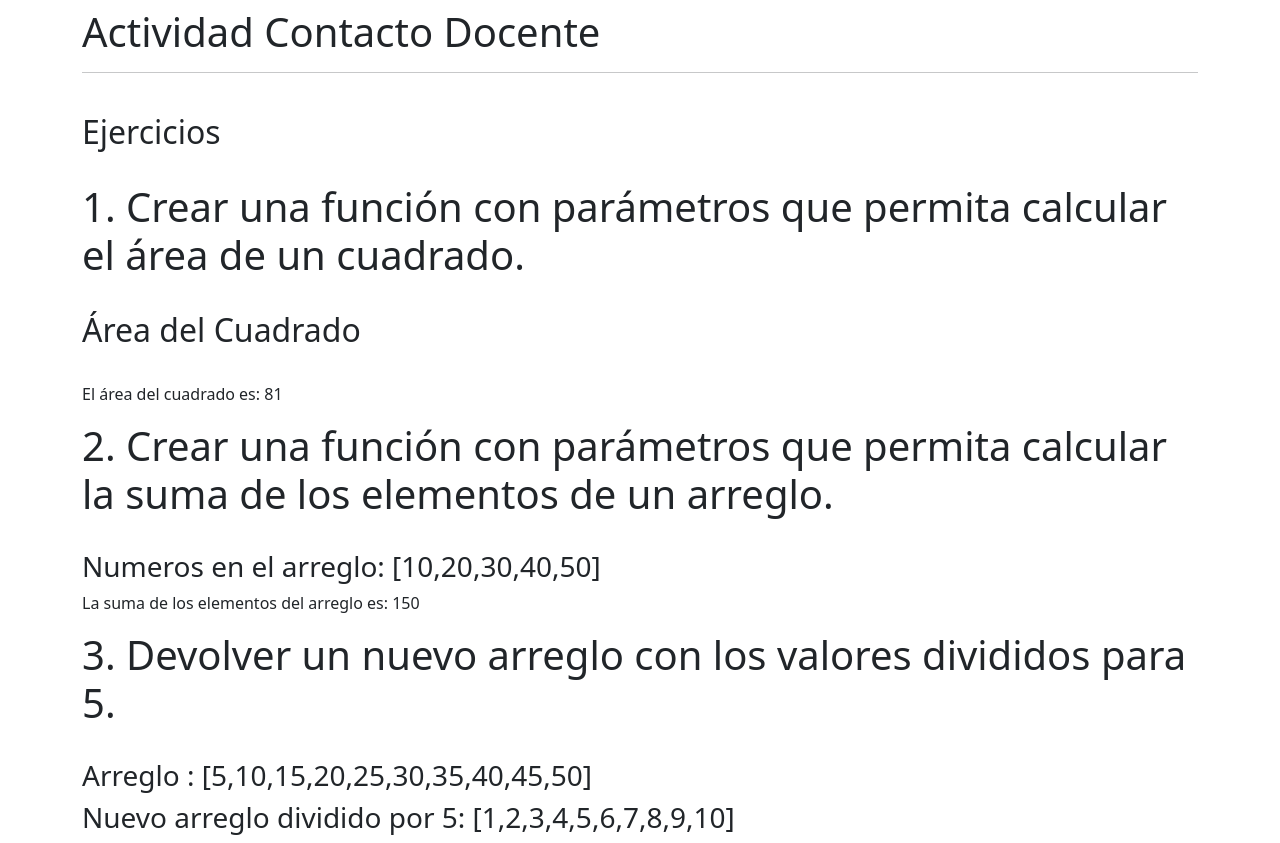
Repository: Jchimbo99/Actvidad1
Page: / (app in typescript-actividad/)
The author's editor kept a copy of each file at every save. The page is drawn from the files as they stood at one save, then again after a run of saves.
The browser window is 1280 px wide. The pictures show the whole page.
The project was rebuilt for these pictures with package versions that can differ from the ones it lists, and the page was loaded fresh each time. Also part of the build but not shown: typescript-actividad/vite.config.ts.

Above is the page before, as saved 2025-01-22 20:47:17.

### typescript-actividad/index.html
<!doctype html>
<html lang="en">
  <head>
    <meta charset="UTF-8" />
    <link rel="icon" type="image/svg+xml" href="/vite.svg" />
    <meta name="viewport" content="width=device-width, initial-scale=1.0" />
    <link href="https://cdn.jsdelivr.net/npm/bootstrap@5.3.3/dist/css/bootstrap.min.css" rel="stylesheet" integrity="sha384-QWTKZyjpPEjISv5WaRU9OFeRpok6YctnYmDr5pNlyT2bRjXh0JMhjY6hW+ALEwIH" crossorigin="anonymous">

    <title>Activididad Jch</title>
  </head>
  <body class="container">
    <div id="root"></div>
    <script type="module" src="/src/main.tsx"></script>
  </body>
</html>

### typescript-actividad/src/App.tsx
import { AreaCuadrado } from "./typescript/AreaCuadrado";
import { SumaArreglo } from "./typescript/Arreglo";
import { ArreglosDivision } from "./typescript/ArreglosDivision";

export const App = () => {
  return (

    <div className="mt-2">
      <h1>Actividad Contacto Docente</h1>
      <hr />
      <br />
      <h2>Ejercicios</h2>
      <br />

      <AreaCuadrado/>

      <SumaArreglo/>
      <ArreglosDivision/>
      </div>
  )
}


export default App;

### typescript-actividad/src/typescript/AreaCuadrado.tsx
export const AreaCuadrado = () => {
    const lado = 9;
    const area = lado * lado;

    return (
        <div>

            <h1>1.	Crear una función con parámetros que permita calcular el área de un cuadrado.</h1>
            <br />
            <h2>Área del Cuadrado</h2>
            <br />
            <p>El área del cuadrado es: {area}</p>
        </div>
    );
}

### typescript-actividad/src/typescript/Arreglo.tsx
export const SumaArreglo = () => {

    const numeros = [10, 20, 30, 40, 50];

    const calcularSuma = (numeros: number[]): number => {
        return numeros.reduce((total, numero) => total + numero, 0);
    }

    const totalSuma = calcularSuma(numeros);

    return (
        <div>
            <h1>2. Crear una función con parámetros que permita calcular la suma de los elementos de un arreglo.</h1>
            <br />
            <h3>Numeros en el arreglo: {JSON.stringify(numeros)}</h3>
            <p>La suma de los elementos del arreglo es: {totalSuma}</p>
        </div>
    );
}

### typescript-actividad/src/typescript/ArreglosDivision.tsx
export const ArreglosDivision = () => {
    const arreglo = [5, 10, 15, 20, 25, 30, 35, 40, 45, 50];

    const arregloDividido = arreglo.map((valor) => valor / 5);

    return (
        <div>
            <h1>3. Devolver un nuevo arreglo con los valores divididos para 5.</h1>
            <br />
            <h3>Arreglo : {JSON.stringify(arreglo)}</h3>
            <h3>Nuevo arreglo dividido por 5: {JSON.stringify(arregloDividido)}</h3>
        </div>
    );
}

Loaded but not shown: typescript-actividad/src/main.tsx (common file)

After the next 2 saves:
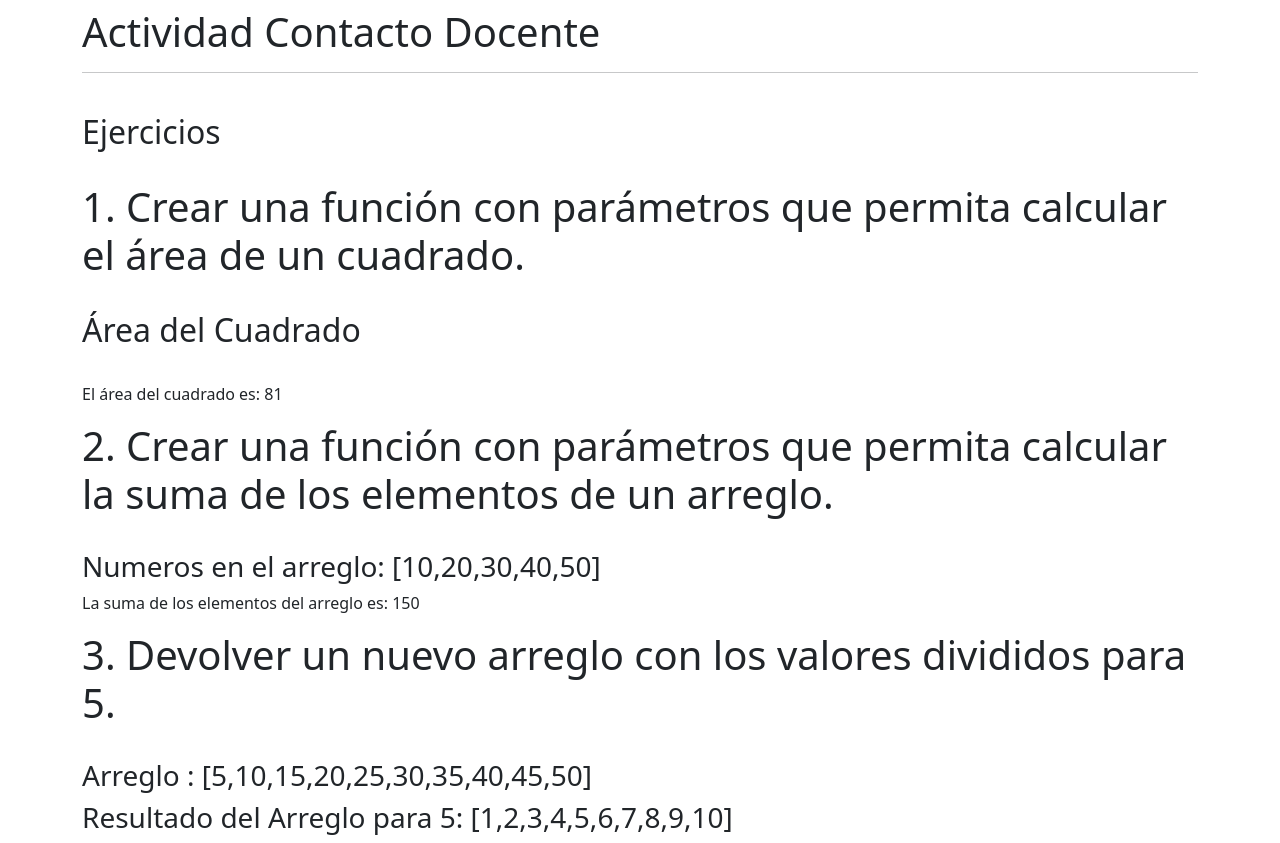
The 2 saves are shown as one change because they came seconds apart.
The last was saved 15 s later.
--- a/typescript-actividad/src/typescript/ArreglosDivision.tsx
+++ b/typescript-actividad/src/typescript/ArreglosDivision.tsx
@@ -8,7 +8,7 @@ export const ArreglosDivision = () => {
             <h1>3. Devolver un nuevo arreglo con los valores divididos para 5.</h1>
             <br />
             <h3>Arreglo : {JSON.stringify(arreglo)}</h3>
-            <h3>Nuevo arreglo dividido por 5: {JSON.stringify(arregloDividido)}</h3>
+            <h3>Resultado del Arreglo para  5: {JSON.stringify(arregloDividido)}</h3>
         </div>
     );
 }
